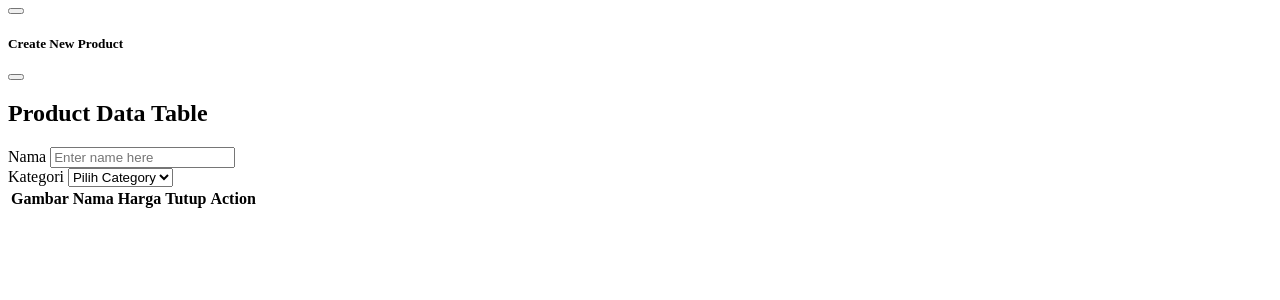
Repository: khulqu15/lelangyuk
Page: resources/views/livewire/dashboard/table/products.blade.php
An editor plug-in stored every save of this project. The page is shown before and after the next save, followed by the edit.
The browser window is 1280 px wide. The pictures show the whole page.
The page is served by the project's Laravel application, run on PHP 8.4 with Laravel 8. The template is opened directly, without the code that normally fills it, so the values that code supplies are empty.

Above is the page before, as saved 2021-02-19 19:24:39.

After the next save:
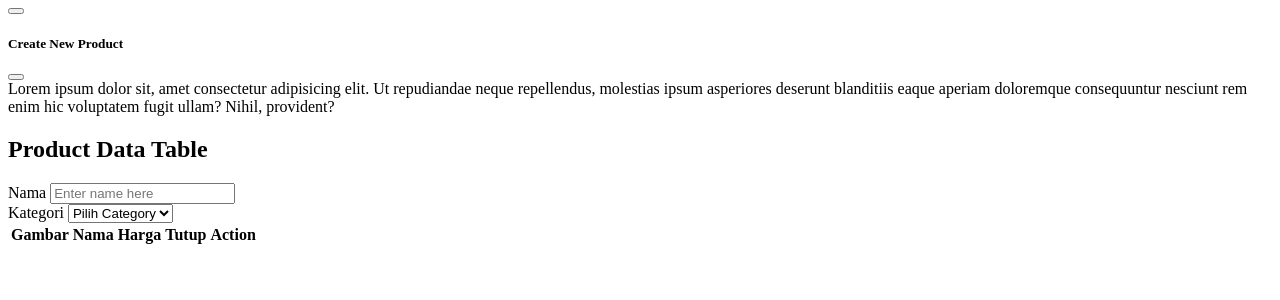
Saved 18 s later.
--- a/resources/views/livewire/dashboard/table/products.blade.php
+++ b/resources/views/livewire/dashboard/table/products.blade.php
@@ -10,6 +10,9 @@
                         <div class="modal-header">
                             <h5 class="modal-title">Create New Product</h5>
                             <button type="button" class="btn-close" data-bs-dismiss="modal" aria-label="Close"></button>
+                        </div>
+                        <div class="modal-body">
+                            Lorem ipsum dolor sit, amet consectetur adipisicing elit. Ut repudiandae neque repellendus, molestias ipsum asperiores deserunt blanditiis eaque aperiam doloremque consequuntur nesciunt rem enim hic voluptatem fugit ullam? Nihil, provident?
                         </div>
                     </div>
                 </div>
